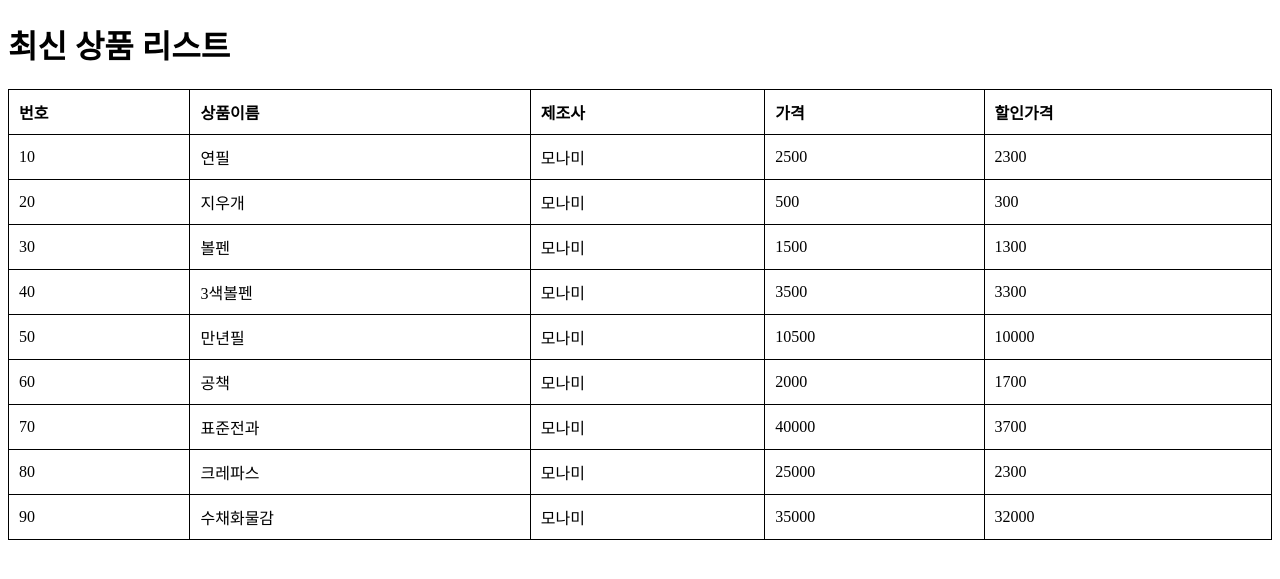
Repository: benpark0613/basic
Page: http://localhost/sample/product/list.jsp
An editor plug-in stored every save of this project. The page is shown before and after the next save, followed by the edit.
The browser window is 1280 px wide. The pictures show the whole page.
The page is served by Tomcat 9. Other server files are loaded and not shown.

Above is the page before, as saved 2021-11-09 05:42:36.

### HR_app/sample/src/main/webapp/product/list.jsp
<%@page import="java.util.Date"%>
<%@page import="com.sample.vo.Product"%>
<%@page import="java.util.List"%>
<%@ page language="java" contentType="text/html; charset=UTF-8"
	pageEncoding="UTF-8"%>
<!DOCTYPE html>
<html>
<head>
<meta charset="UTF-8">
<title>상품 리스트</title>
<style type="text/css">
table {
	width: 100%;
	border-collapse: collapse;
}

th, td {
	border: 1px solid black;
	padding: 10px;
	text-align: Left;
}
</style>
</head>
<body>
	<h1>최신 상품 리스트</h1>

	<%
	List<Product> productList = List.of(new Product(10, "연필", "모나미", 2500, 2300, 10, "판매중", new Date()),
            new Product(20, "지우개", "모나미", 500, 300, 10, "판매중", new Date()),
            new Product(30, "볼펜", "모나미", 1500, 1300, 10, "판매중", new Date()),
            new Product(40, "3색볼펜", "모나미", 3500, 3300, 10, "판매중", new Date()),
            new Product(50, "만년필", "모나미", 10500, 10000, 10, "판매중", new Date()),
            new Product(60, "공책", "모나미", 2000, 1700, 10, "판매중", new Date()),
            new Product(70, "표준전과", "모나미", 40000, 3700, 10, "판매중", new Date()),
            new Product(80, "크레파스", "모나미", 25000, 2300, 10, "판매중", new Date()),
            new Product(90, "수채화물감", "모나미", 35000, 32000, 10, "판매중", new Date()));
	%>

	<table>
		<thead>
			<tr>
				<th>번호</th>
				<th>상품이름</th>
				<th>제조사</th>
				<th>가격</th>
				<th>할인가격</th>
			</tr>
		</thead>
		<tbody>
			<%
		for (Product product : productList) {
	%>
			<tr>
				<td><%=product.getNo() %></td>
				<td><%=product.getName() %></td>
				<td><%=product.getMaker() %></td>
				<td><%=product.getPrice() %></td>
				<td><%=product.getDiscountPrice() %></td>
			</tr>
			<%
		}
	%>
		</tbody>
	</table>
</body>
</html>

### HR_app/sample/src/main/java/com/sample/vo/Product.java
package com.sample.vo;

import java.util.Date;

public class Product {

	private int no;
	private String name;
	private String maker;
	private int price;
	private int discountPrice;
	private int stock;
	private String onSale;
	private Date createdDate;

	public Product() {}

	public Product(int no, String name, String maker, int price, int discountPrice, int stock, String onSale,
			Date createdDate) {
		super();
		this.no = no;
		this.name = name;
		this.maker = maker;
		this.price = price;
		this.discountPrice = discountPrice;
		this.stock = stock;
		this.onSale = onSale;
		this.createdDate = createdDate;
	}

	public int getNo() {
		return no;
	}

	public void setNo(int no) {
		this.no = no;
	}

	public String getName() {
		return name;
	}

	public void setName(String name) {
		this.name = name;
	}

	public String getMaker() {
		return maker;
	}

	public void setMaker(String maker) {
		this.maker = maker;
	}

	public int getPrice() {
		return price;
	}

	public void setPrice(int price) {
		this.price = price;
	}

	public int getDiscountPrice() {
		return discountPrice;
	}

	public void setDiscountPrice(int discountPrice) {
		this.discountPrice = discountPrice;
	}

	public int getStock() {
		return stock;
	}

	public void setStock(int stock) {
		this.stock = stock;
	}

	public String getOnSale() {
		return onSale;
	}

	public void setOnSale(String onSale) {
		this.onSale = onSale;
	}

	public Date getCreatedDate() {
		return createdDate;
	}

	public void setCreatedDate(Date createdDate) {
		this.createdDate = createdDate;
	}


}

After the next save:
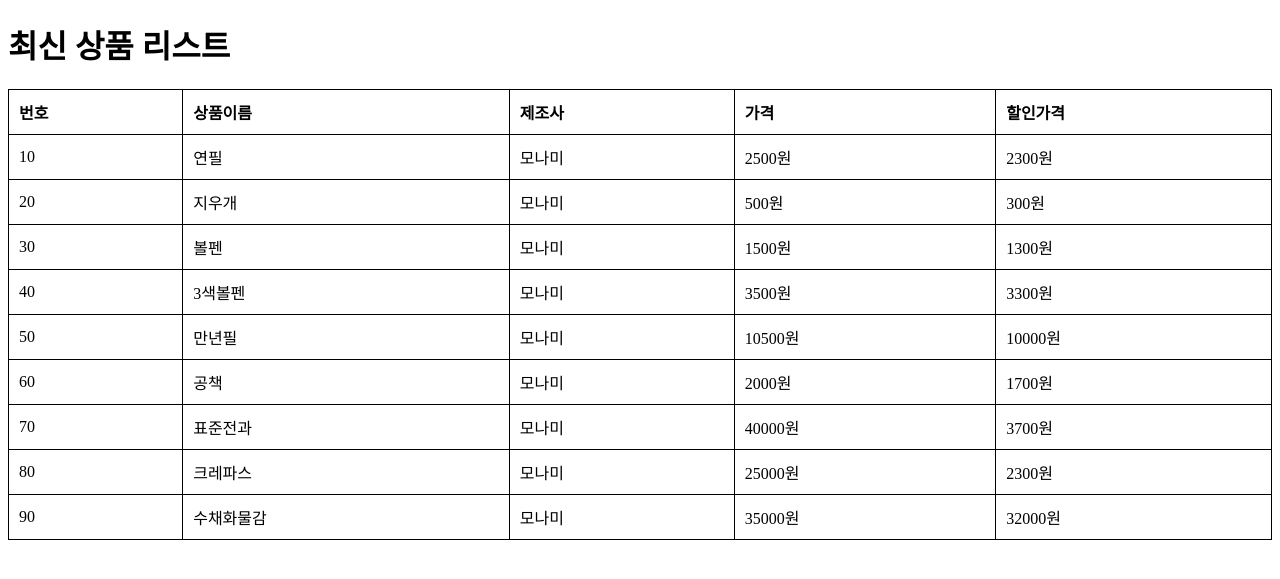
Saved 110 s later.
--- a/HR_app/sample/src/main/webapp/product/list.jsp
+++ b/HR_app/sample/src/main/webapp/product/list.jsp
@@ -54,8 +54,8 @@ th, td {
 				<td><%=product.getNo() %></td>
 				<td><%=product.getName() %></td>
 				<td><%=product.getMaker() %></td>
-				<td><%=product.getPrice() %></td>
-				<td><%=product.getDiscountPrice() %></td>
+				<td><%=product.getPrice() %>원</td>
+				<td><%=product.getDiscountPrice() %>원</td>
 			</tr>
 			<%
 		}
